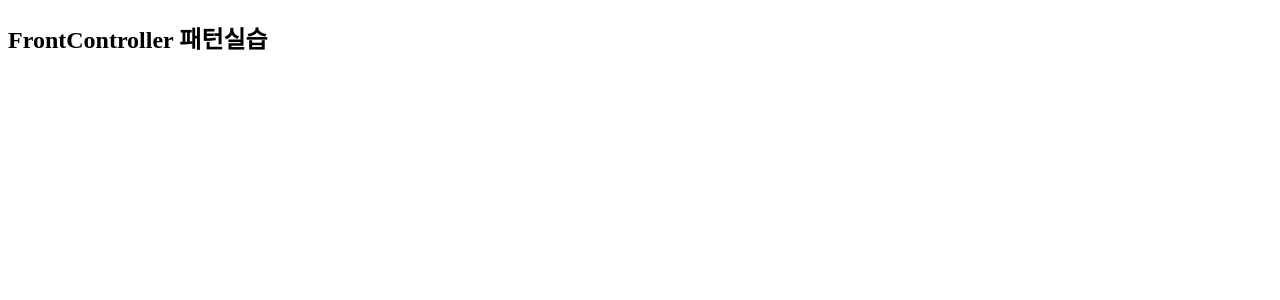
Repository: saysang22/servlet
Page: testController/src/main/webapp/request.html
An editor plug-in stored every save of this project. The page is shown before and after the next save, followed by the edit.
The browser window is 1280 px wide. The pictures show the whole page.

Above is the page before, as saved 2024-06-03 06:08:25.

After the next save:
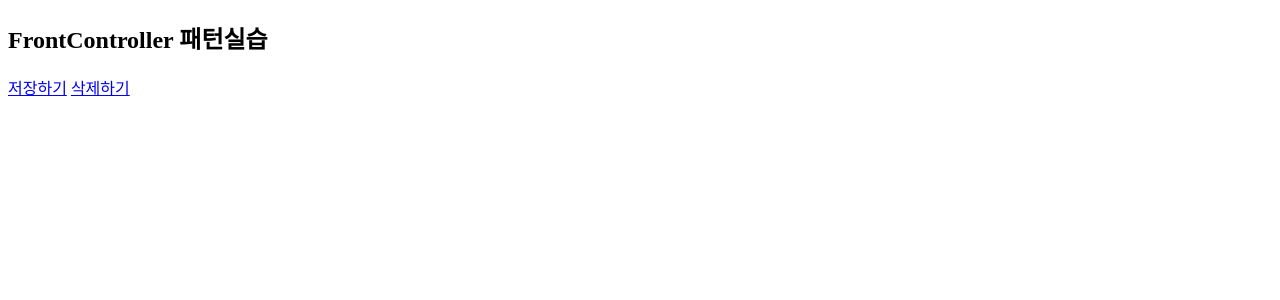
Saved 89 s later.
--- a/testController/src/main/webapp/request.html
+++ b/testController/src/main/webapp/request.html
@@ -6,6 +6,8 @@
 </head>
 <body>
 	<h2>FrontController 패턴실습</h2>
-	<a href="insert.do"></a>
+	<a href="insert.do">저장하기</a>
+	<a href="/test/delete.do">삭제하기</a>
+	<a href="http://localhost:8080/test1/update.do"></a>
 </body>
 </html>
